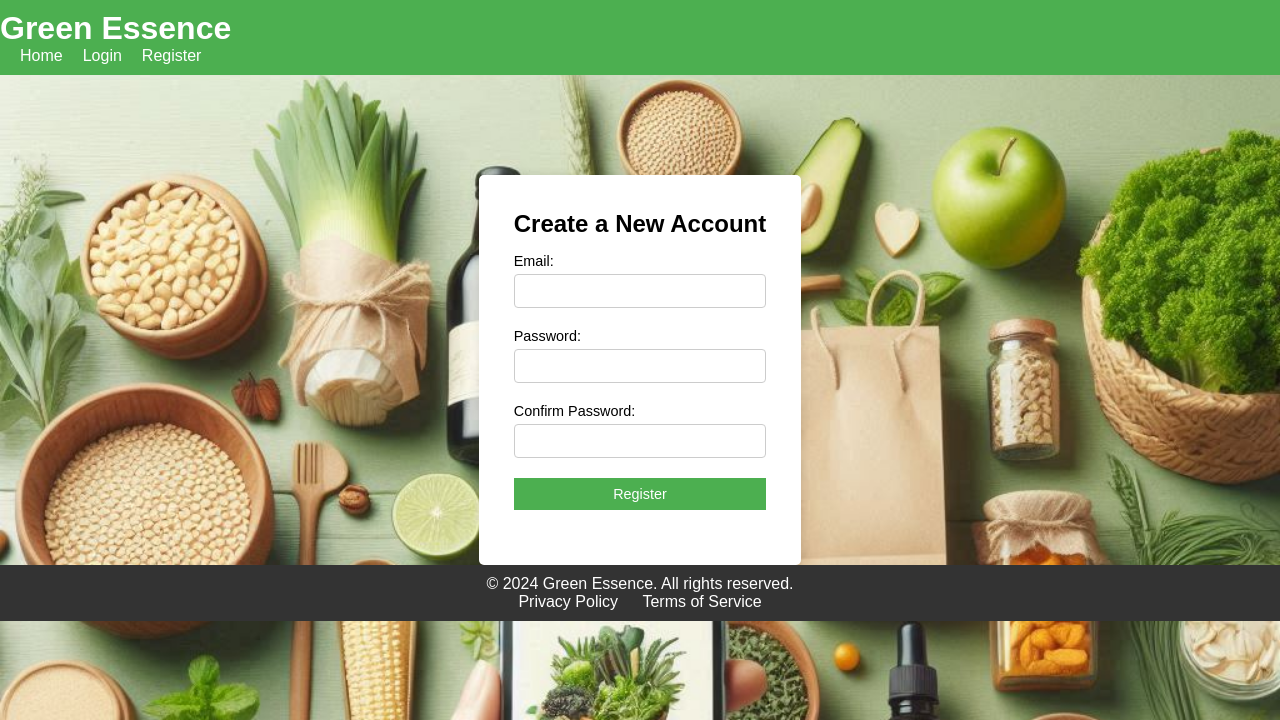
Repository: niki3210/Sahyadri
Page: Projectorganic/Register.html
These files come from the project's save history. The page is drawn as it stood at one moment and after the next save; the edit follows.
The browser window is 1280 px wide. The pictures show the whole page.

Above is the page before, as saved 2024-06-21 14:34:51.
Not found: Projectorganic/script.js

After the next save:
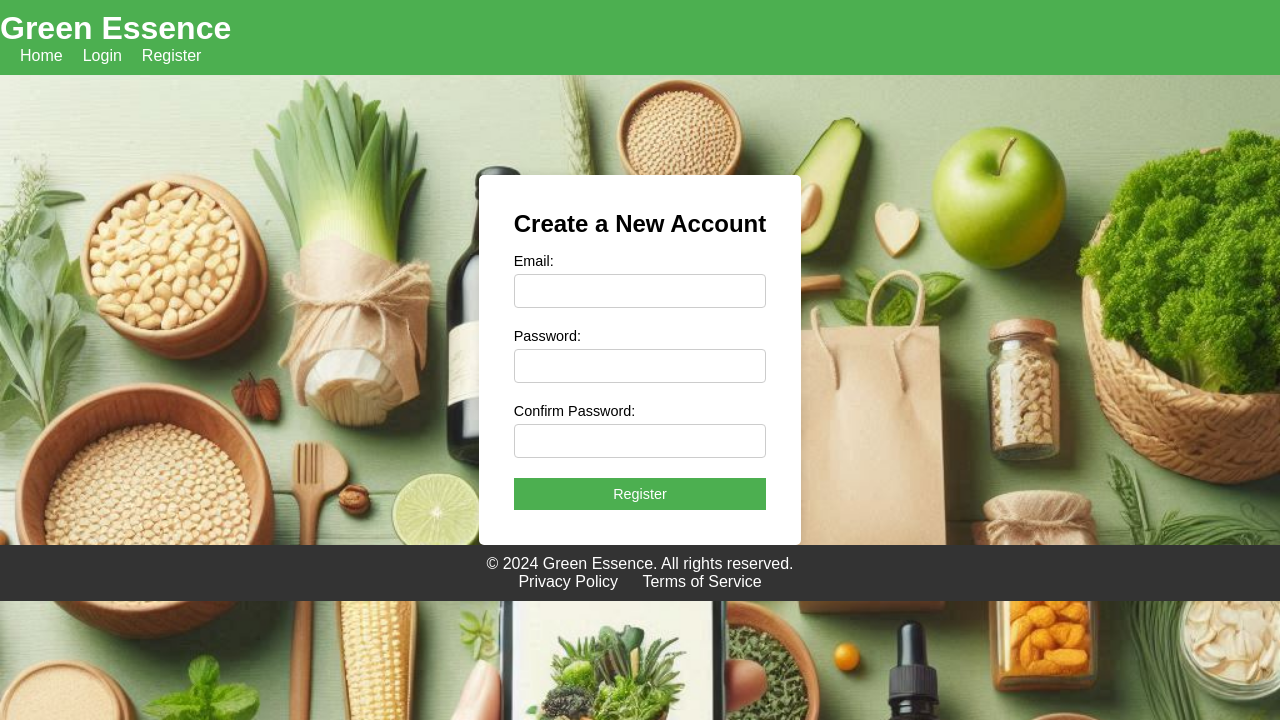
Saved 13 s later.
--- a/Projectorganic/styles.css
+++ b/Projectorganic/styles.css
@@ -138,7 +138,7 @@ body {
 
 .login-form, .register-form {
     padding: 15px;
-    margin-bottom: 20px;
+    margin-bottom: 0px;
 }
 
 .login-form h2, .register-form h2 {
